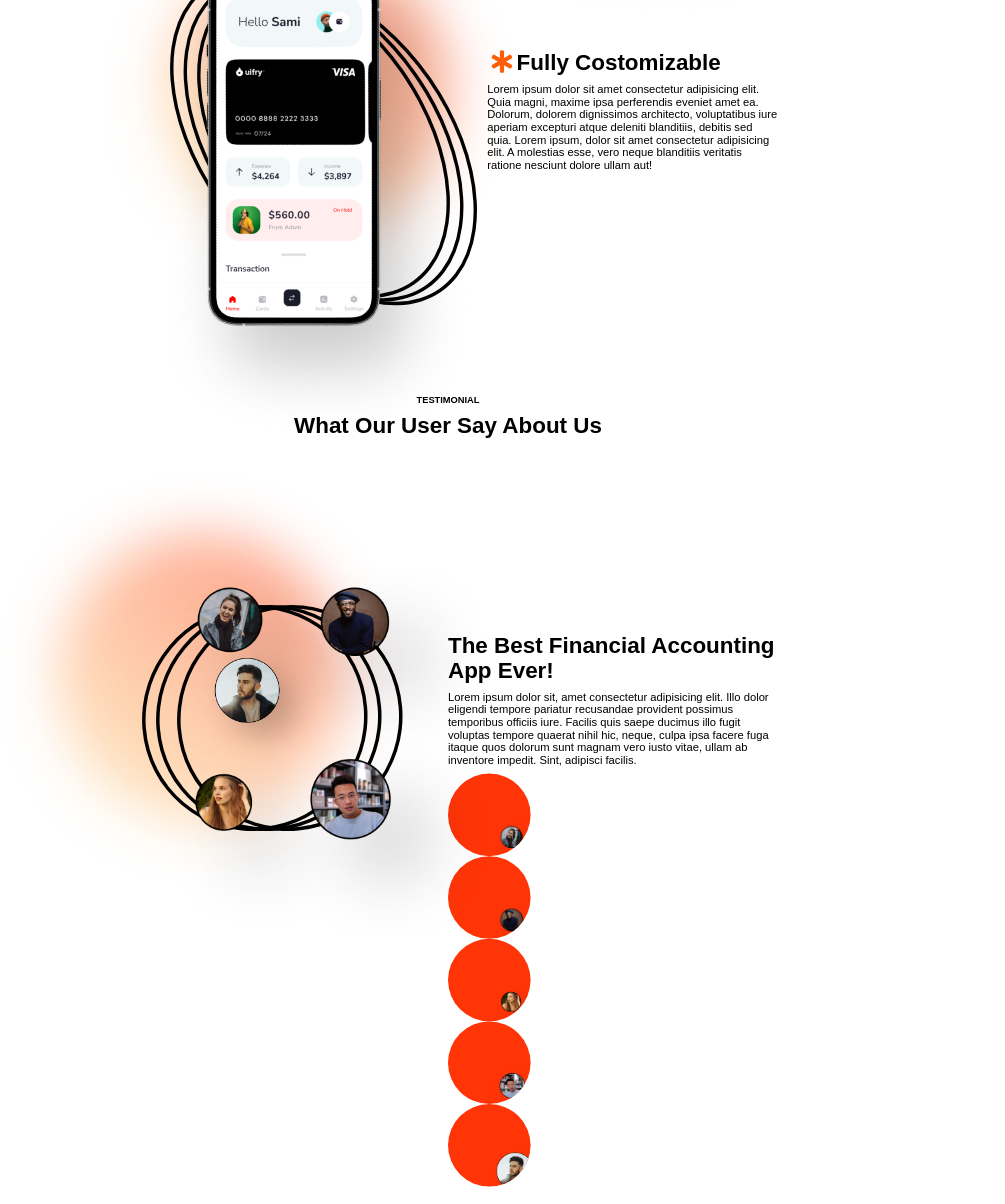
Repository: sakshambansal7/Uifry
Page: index.html
These files come from the project's save history. The page is drawn as it stood at one moment and after the next save; the edit follows.
The browser window is 1280 px wide. The page is 1435 px wide, so the pictures cover 1435 px, including what lies to the right of the window. The pictures show the part of the page from y = 2063 to 3783 px (the page is 3783 px tall before and 3434 px after), at 70% of full size.
Some web libraries are served in a nearby version.

Above is the page before, as saved 2024-06-12 22:29:52.

### index.html
<!DOCTYPE html>
<html lang="en">
  <head>
    <meta charset="UTF-8" />
    <meta name="viewport" content="width=device-width, initial-scale=1.0" />
    <title>uifry.com</title>
    <link rel="stylesheet" href="style.css" />
    <link rel="stylesheet" href="https://cdnjs.cloudflare.com/ajax/libs/font-awesome/6.1.1/css/all.min.css">

  </head>
  <body>
    <nav class="navbar">
      <div>
        <img class="logo" src="./images/logo.png" alt="img" />
      </div>
      <div class="nav">
        <div><a href="#" class="nav__link active">Home </a></div>
        <div><a href="#" class="nav__link">About Us</a></div>
        <div><a href="#" class="nav__link">Pricing</a></div>
        <div><a href="#" class="nav__link">features</a></div>
      </div>
      <div class="download">
        <button class="button">Download</button>
      </div>
    </nav>
    <div class="part1 ">
      <div class="left">
        <div class="bg-shape1"></div>
        <h1>Make The Best Financial Decisions</h1>
        <div class="bg-shape1 position-1"></div> <!-- Duplicate for top and bottom -->
        <p>Lorem ipsum dolor sit amet consectetur, adipisicing elit. Fuga dolorem esse natus repellat modi, mollitia voluptates est.</p>
        <div class="cta-buttons">
          <button class="get-started-btn">Get Started <i class="fa-solid fa-arrow-right"></i></button>
          <button class="watch-video-btn"> <i class="fa-solid fa-circle-play"></i>Watch Video</button>
        </div>
      </div>

      <div class="right">
        <div class="bg-shape2"></div>
        <div class="elipse-common elipse"></div>
        <div class="elipse-common elipse1"></div>
        <div class="elipse-common elipse2"></div>

        <img class="image1" src="./images/iphone.png" alt="Mobile App Mockup" />
        <img class="image2" src="./images/igraph.png" alt="Mobile App Mockup" />
        <img class="image3" src="./images/iphone.png" alt="Mobile App Mockup" />
      </div>

    </div>
    <div class="part2">
      <div class="left">
        <div class="bg-shape2"></div>
        <div class="elipse-common elipse3"></div>
        <div class="elipse-common elipse4"></div>
        <div class="elipse-common elipse5"></div>

        <img class="image1" src="./images/iphone.png" alt="Mobile App Mockup" />

      </div>
      <div class="right">
        <h4>FEATURES</h4>
        <H1>Uifry Premium</H1>
        <h3><i class="fa-regular fa-star custom-color"></i> Budgeting intervals</h3>
        <p>Lorem ipsum dolor sit amet consectetur, adipisicing elit. Fuga dolorem esse natus repellat modi, mollitia voluptates est.</p>
        <h3> <i class="fa-solid fa-gear custom-color"></i> Budgeting intervals</h3>
        <p>Lorem ipsum dolor sit amet consectetur, adipisicing elit. Fuga dolorem esse natus repellat modi, mollitia voluptates est.</p>
        <h3><i class="fa-solid fa-star-of-life custom-color"></i>Budgeting intervals</h3>
        <p>Lorem ipsum dolor sit amet consectetur, adipisicing elit. Fuga dolorem esse natus repellat modi, mollitia voluptates est.</p>

      </div>
    </div>
    <div class="part3">
      <div class="left">
        <h4>ADVANTAGES</h4>
        <H1> Why Choose Uifry ?</H1>
        <h3><i class="fa-solid fa-bell custom-color"></i>Clever notificAations</h3>
        <p>Lorem ipsum dolor sit amet consectetur, adipisicing elit. Fuga dolorem esse natus repellat modi, mollitia voluptates est. Lorem ipsum dolor sit amet consectetur adipisicing elit. Perspiciatis expedita accusantium obcaecati dicta debitis optio quibusdam animi assumenda sit commodi?</p>

      </div>
      <div class="right">
        <div class="bg-shape2"></div>
        <div class="elipse-common elipse3"></div>
        <div class="elipse-common elipse4"></div>
        <div class="elipse-common elipse5"></div>
        <img src="./images/igraph.png" alt="img">
      </div>
    </div>
    <div class="part4">
      <div class="left">
        <div class="bg-shape2"></div>
        <div class="elipse-common elipse3"></div>
        <div class="elipse-common elipse4"></div>
        <div class="elipse-common elipse5"></div>
        <img src="./images/iphone.png" alt="img">
      </div>
      <div class="right">
        <h1><i class="fa-solid fa-star-of-life custom-color "></i>Fully Costomizable</h1>
        <p>Lorem ipsum dolor sit amet consectetur adipisicing elit. Quia magni, maxime ipsa perferendis eveniet amet ea. Dolorum, dolorem dignissimos architecto, voluptatibus iure aperiam excepturi atque deleniti blanditiis, debitis sed quia. Lorem ipsum, dolor sit amet consectetur adipisicing elit. A molestias esse, vero neque blanditiis veritatis ratione nesciunt dolore ullam aut!</p>
      </div>
    </div>
    <div class="parent-container">
      <h5>TESTIMONIAL</h5>
      <h1>What Our User Say About Us</h1>
  </div>

    <div class="part5">
      <div class="left">
        <div class="bg-shape2"></div>
        <div class="elipse-common elipse6"></div>
        <div class="elipse-common elipse7"></div>
        <div class="elipse-common elipse8"></div>

        <div class="img1 "><img src="./images/1.png" alt="img"></div>
        <div class="img2 "><img src="./images/2.png" alt="img"></div>
        <div class="img3 "><img src="./images/3.png" alt="img"></div>
        <div class="img4 "><img src="./images/4.png" alt="img"></div>
        <div class="main "><img src="./images/main.png" alt="img"></div>

      </div>
      <div class="right">
        <h1>The Best Financial Accounting App Ever!</h1>
        <p>Lorem ipsum dolor sit, amet consectetur adipisicing elit. Illo dolor eligendi tempore pariatur recusandae provident possimus temporibus officiis iure. Facilis quis saepe ducimus illo fugit voluptas tempore quaerat nihil hic, neque, culpa ipsa facere fuga itaque quos dolorum sunt magnam vero iusto vitae, ullam ab inventore impedit. Sint, adipisci facilis.</p>

        <div class="images">
          <div class="img"><img src="./images/1.png" alt="img"></div>
          <div class="img"><img src="./images/2.png" alt="img"></div>
          <div class="img"><img src="./images/3.png" alt="img"></div>
          <div class="img"><img src="./images/4.png" alt="img"></div>
          <div class="img"><img src="./images/main.png" alt="img"></div>
        </div>
      </div>

    </div>
  </body>
  <script src="script.js"></script>
</html>

### style.css

*{
    margin: 0px;
    padding: 5px;

}
body {
  margin-left: 20vh;
  margin-right: 20vh;
  font-family: Arial, sans-serif;
  background: #fff;
  color: #000000;
  justify-content: center;
  box-sizing: border-box;
}

  /* navbar */
.logo {
  width: 120px;
}


.navbar{
  display: flex;
  justify-content: flex-start;

}
.nav{
  padding-top: 10px;
  display: flex;
  justify-content: center;

}
nav  {
  display: inline;
}

nav a {
  text-decoration: none;
  color: #333;
  font-weight: bold;
}


.button {
  width: 160px;
  height: 40px;
  border-radius: 3px;
  background-color: #000000;
  color: #fff;
  padding: 10px 20px;
  cursor: pointer;
  border: none;
  font-weight: bold;
  margin-left: 40vh;
}
.download{

  padding-top: 10px;
}


.nav__link {
    display: block;
    padding: .3125rem 1.5rem;
    text-transform: uppercase;
  }

  .nav__link.active  {

    color: #FF5E08;
  }

  /* part-1 */

  .part1 {
    height: 85vh;
    display: inline-flex;
        justify-content: space-between;
        top: 50px !important;
        inset: 0;


    padding: 60px 40px;
}

/* .absolute{
  position: absolute;
  inset: 0;
  justify-content: center;
  display: inline-flex;
  flex-direction: row;
} */
.left {
  max-width: 50%;
}

.part1 h1 {
  font-size: 3em;
  margin: 0 0 20px;
}

.part1 p {
  font-size: 1.2em;
  margin: 0 0 40px;
}

.cta-buttons {
  display: flex;
  gap: 20px;
}

.get-started-btn,
.watch-video-btn {
  background: #000;
  color: #fff;
  padding: 15px 30px;
  border: none;
  cursor: pointer;
  font-size: 1em;
  font-weight: bold;
}

.watch-video-btn {
  color: #000000;

  background: transparent;
}

.right {
  max-width: 50%;
  position: relative; /* Add position relative to use as a reference for absolute positioning */
}

.right .image1{

  position: absolute;
  z-index: 3;
  width: 100%;
  padding-left: 0px;



}
.right .image2 {
  position: absolute;
  padding-top: 50px;
  padding-left: 100px;


  z-index: 2;
  max-width: 100%;
}
.right .image3 {


  padding-top: 100px;
  padding-left: 200px;
  z-index: 1;
  max-width: 100%;
}
/* background-effect */


.justify-center{
  justify-content: center;
}

/* background-effect */
.left {
  max-width: 50%;
  position: relative; /* Add this line */
}

.bg-shape1 {
  width: 400px;
  height: 400px;
  border-radius: 9999px;
  position: absolute; /* Change to absolute for proper positioning */
  top: 0px; /* Positioning adjustments */
  left: 50%; /* Positioning adjustments */
  transform: translateX(-50%); /* Center the shape horizontally */
  z-index: -1; /* Ensure it's behind the text */
  background: linear-gradient(35deg,  #FDE598,#ff3508); /* Dual color gradient */
  opacity: 0.5; /* Adjust as necessary */
  filter: blur(40px);

}

.bg-shape2 {
  width: 400px;
  height: 400px;
  border-radius: 9999px;
  position: absolute; /* Change to absolute for proper positioning */
  top: 50px; /* Positioning adjustments */
  left: 50%; /* Positioning adjustments */
  transform: translateX(-50%); /* Center the shape horizontally */
  z-index: -1; /* Ensure it's behind the text */
  background: linear-gradient(35deg,  #FDE598,#ff3508); /* Dual color gradient */
  opacity: 0.5; /* Adjust as necessary */
  filter: blur(40px);

}

  /* circular shape */

  .elipse-common {

    background: none;
    border-radius: 50%;
    -ms-transform: rotate(40deg);  /* IE 9 */
    -webkit-transform: rotate(40deg);  /* Safari */
    transform: rotate(40deg);
    position: absolute;
    top: 150px;
    border: 5px solid black;
    z-index: -1; /* Ensure it's behind the text */
}

.elipse {
  width: 700px;
  height: 305px;
    left: 45px;

}

.elipse1 {
  width: 700px;
  height: 305px;
    left: 25px;
}

.elipse2 {
  width: 700px;
  height: 305px;
    left: 5px;
}
.elipse3 {
  width: 500px;
  height: 305px;
    left: 45px;

}

.elipse4 {
  width: 500px;
  height: 305px;
    left: 25px;
}

.elipse5 {
  width: 500px;
  height: 305px;
    left: 5px;
}


.part2{
  display: flex;
  height: 85vh;
}

  .part2 .left .image1{
    transform: rotate(15deg);
  }

  .part2 .right{
    margin-top: 20vh;

  }
  .part2 .right h3 h1{
    font-weight: 900; /* 400 is normal, 700 is bold */
  }
  .part2 .right h4{
    color: #FF5E08;
  }
  .custom-color {
    color: #FF5E08;
}

.part3{
  display: flex;
  align-items: center;
  justify-content: center;
  height: 80vh;



}
.part3 .left h4{
  color: #FF5E08;

}
.part3 .left p{
 font-weight: 100;

}
.part3 .right img{
  transform: rotate(15deg);

}


.part4{
  gap: 5vh;
  display: flex;
  align-items: center;
  justify-content: center;
  height: 80vh;

}


.part4  .left{
  transform: rotate(15deg);


}
.part4 .right{
  padding-bottom: 30vh;
}



.elipse6 {
  width: 300px;
  height: 305px;
    left: 65px;



}

.elipse7 {
  width: 300px;
  height: 305px;
    left: 45px;
}

.elipse8 {
  width: 300px;
  height: 305px;
    left: 95px;
}

.parent-container {
  text-align: center;
}

.part5{
  margin-top: 10vh;
  display: flex;
  gap: 30vh;
  position: relative;


}


.part5  img {
  position: relative;
  top: 50px;
  left: 50px;
}
.part5  .img1{
  position: absolute;
  top: 1vh;
  left: .1h;
  z-index: 4;



}
.part5  .img2{
  position: absolute;
  top: 1vh;
  left: 25vh;
  z-index: 5;

}
.part5  .img3{
  position: absolute;
  top: 38vh;
  left: .1vh;
  z-index: 3;


}
.part5  .img4{
  position: absolute;
  top: 35vh;
  left: 23vh;
  z-index: 2;


}
.part5 .main {
  position: relative;
  top: 19vh;
  left: 8vh;
  z-index: 1;

}

/* Adjust the size of the image within the .main div */
.part5 .main img {
  width: 80%; /* Decrease the width to 50% of its original size */
  height: auto; /* Maintain aspect ratio */
}


.part5 .right{
  margin-top:25vh ;
}


.images .img {
  background-color: #ff3508;
  width: 15vh;
  height: 15vh;
  border-radius: 50%;
  overflow: hidden; /* Ensure the images fit within the circular divs */
  display: flex;
  align-items: center;
  justify-content: center;
}

.images .img img {
  width: 100%;
  height: 100%;
  object-fit: cover;
}

### script.js
document.addEventListener('DOMContentLoaded', function() {
    const selector = '.nav__link';
    const elems = Array.from( document.querySelectorAll( selector ) );
    const navigation = document.querySelector( 'nav' );

    function makeActive( evt ) {
      const target = evt.target;

      if ( !target || !target.matches( selector ) ) {
        return;
      }

      elems.forEach( elem => elem.classList.remove( 'active' ) );

        evt.target.classList.add( 'active' );
    };

    navigation.addEventListener( 'mousedown', makeActive );

    } );

After the next save:
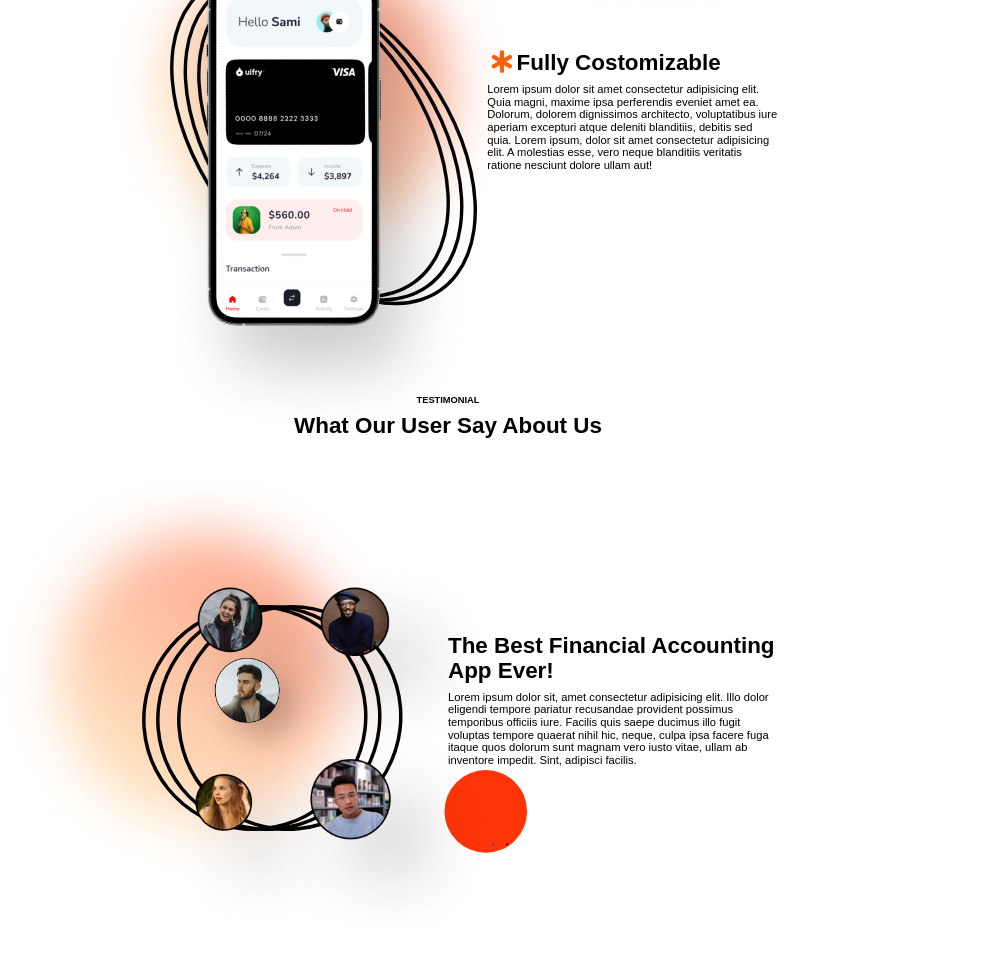
Saved 13 s later.
--- a/style.css
+++ b/style.css
@@ -414,7 +414,7 @@
 }
 
 
-.images .img {
+.images  {
   background-color: #ff3508;
   width: 15vh;
   height: 15vh;

After the save that followed:
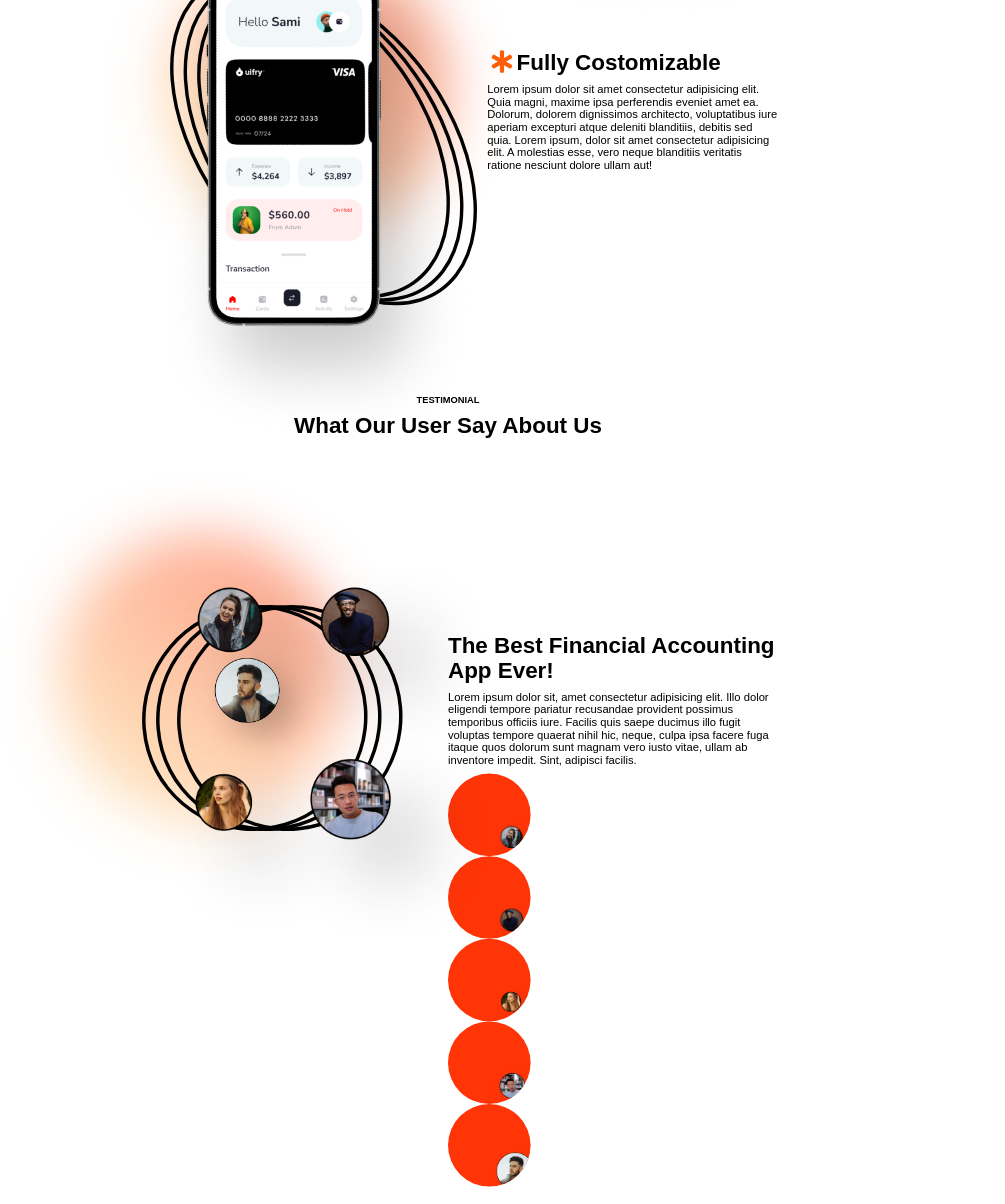
Saved 25 s later.
--- a/style.css
+++ b/style.css
@@ -414,7 +414,7 @@
 }
 
 
-.images  {
+.images .img {
   background-color: #ff3508;
   width: 15vh;
   height: 15vh;
